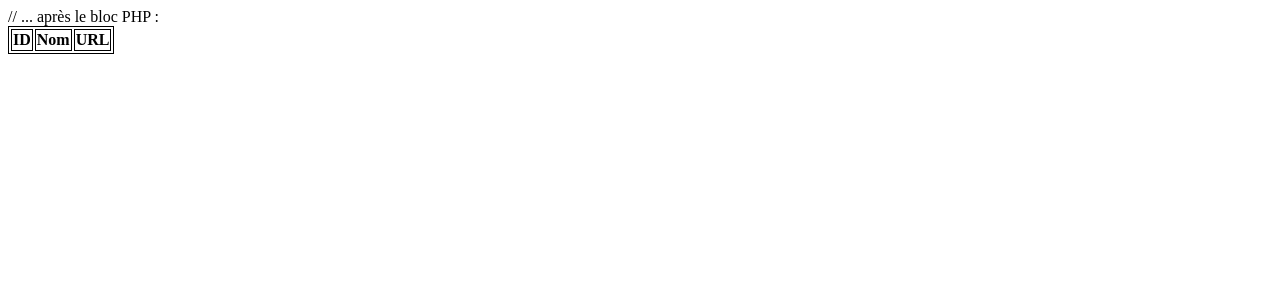
Repository: laurentbul/ApplicationEssai
Page: http://localhost/code/artists.php
The author's editor kept a copy of each file at every save. The page is drawn from the files as they stood at one save, then again after the next save.
The browser window is 1280 px wide. The pictures show the whole page.
The page is run by PHP 8.4 with error messages shown; the project is at /var/www/html/. Queries for data that is not in the repository find no rows.

Above is the page before, as saved 2023-04-10 16:42:52.

### ncode/artists.php
<?php
    // en haut de page, avec la requête :
   // $tableau = $requete->fetchAll(PDO::FETCH_OBJ);
  //  var_dump($tableau);
    // on importe le contenu du fichier "db.php"
    include 'db.php';
    // on exécute la méthode de connexion à notre BDD
    $db = connexionBase();

    // on lance une requête pour chercher toutes les fiches d'artistes
    $requete = $db->query('SELECT * FROM artist');
    // on récupère tous les résultats trouvés dans une variable
    $tableau = $requete->fetchAll(PDO::FETCH_OBJ);
    // on clôt la requête en BDD
    $requete->closeCursor();

?>

// ... après le bloc PHP :

<!DOCTYPE html>
<html lang="fr">
<head>
    <meta charset="UTF-8">
    <meta http-equiv="X-UA-Compatible" content="IE=edge">
    <meta name="viewport" content="width=device-width, initial-scale=1.0">
    <title>PDO - Liste</title>
</head>
<body>
    <table style="border: 1px solid;">
        <tr style="border: 1px solid;">
            <th  style="border: 1px solid;">ID</th>
            <th  style="border: 1px solid;">Nom</th>
            <th  style="border: 1px solid;">URL</th>
        </tr>

        <?php foreach ($tableau as $artist): ?>



            <tr  style="border: 1px solid;">
                <td  style="border: 1px solid;"><?= $artist->artist_id ?></td>
                <td  style="border: 1px solid;"><?= $artist->artist_name ?></td>
                <td  style="border: 1px solid;"><?= $artist->artist_url ?></td>
                <td  style="border: 1px solid;">  <?php var_dump($artist); // Le var_dump() est écrit à titre informatif ?></td>

            </tr>

        <?php endforeach; ?>

    </table>
</body>
</html>

### ncode/db.php
<?php
function ConnexionBase() {

    try
    {
        $connexion = new PDO('mysql:host=localhost;charset=utf8;dbname=record', 'root', '');
        $connexion->setAttribute(PDO::ATTR_ERRMODE, PDO::ERRMODE_EXCEPTION);
        return $connexion;

    } catch (Exception $e) {
        echo "Erreur : " . $e->getMessage() . "<br>";
        echo "N° : " . $e->getCode();
        die("Fin du script");
    }
}
?>

After the next save:
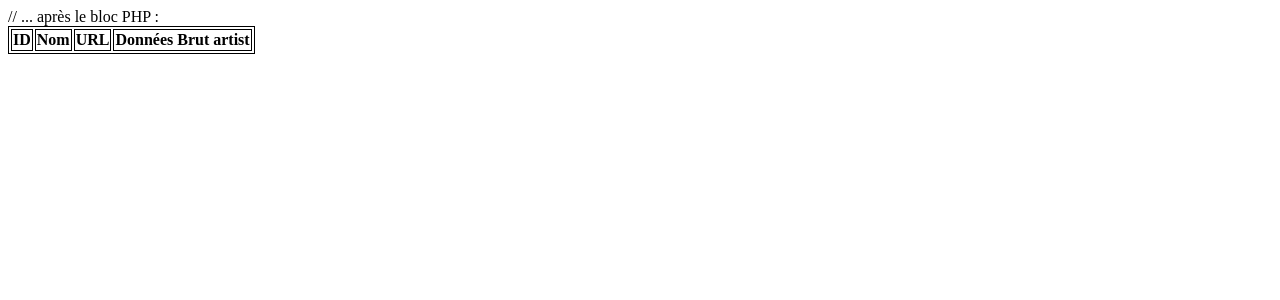
Saved 2 min 53 s later.
--- a/ncode/artists.php
+++ b/ncode/artists.php
@@ -32,10 +32,10 @@
             <th  style="border: 1px solid;">ID</th>
             <th  style="border: 1px solid;">Nom</th>
             <th  style="border: 1px solid;">URL</th>
+            <th  style="border: 1px solid;">Données Brut artist</th>
         </tr>
 
         <?php foreach ($tableau as $artist): ?>
-
 
 
             <tr  style="border: 1px solid;">
